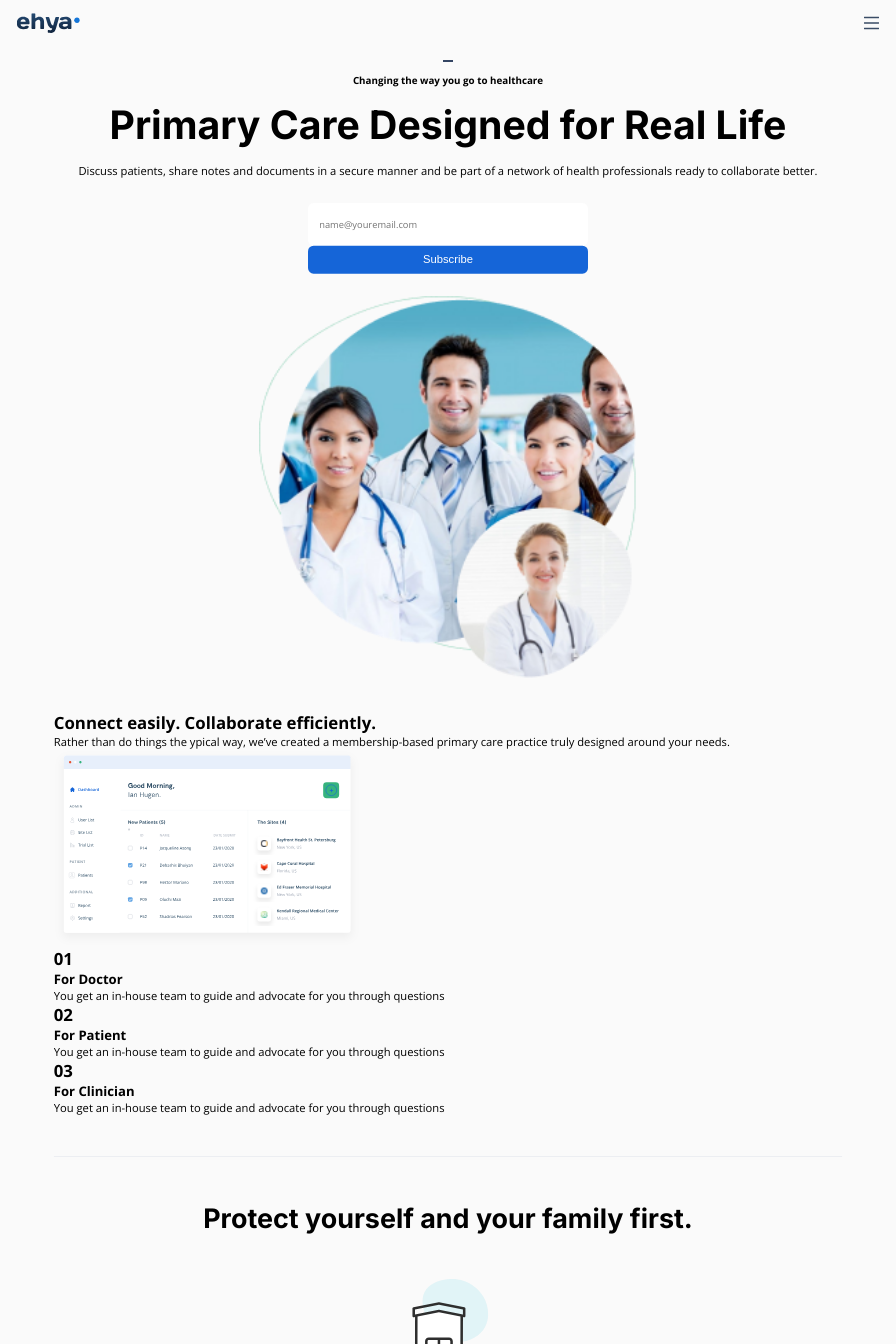
Repository: Esttevo/prova-html-css
Page: index.html
An editor plug-in stored every save of this project. The page is shown before and after the next save, followed by the edit.
The browser window is 1280 px wide. The pictures show the part of the page from y = 0 to 1920 px (the page is 6747 px tall before and 6834 px after), at 70% of full size.
A picture or video elsewhere on the page could not be fetched, so the positions and the page height are approximate.

Above is the page before, as saved 2026-09-01 14:56:20.

### index.html
<!DOCTYPE html>
<html lang="en">
<head>
    <meta charset="UTF-8">
    <meta name="viewport" content="width=device-width, initial-scale=1.0">
    <title>Document</title>
    <link rel="stylesheet" href="style.css">
</head>
<body>
    <header>
        <img id="header-logo" src="img/icons/Logo.svg" alt="Logo escrita EHYA">

        <nav id="header-nav">
            <a class="no-chevron" href="#">Home</a>
            <a class="with-chevron" href="#">
                Landings
                <img src="img/icons/icon-chevron-down.svg" alt="indica que possui uma lista ao clicar">
            </a>
            <a class="with-chevron" href="#">
                Pages
                <img src="img/icons/icon-chevron-down.svg" alt="indica que possui uma lista ao clicar">
            </a>
            <a href="#">Docs</a>
            <a href="#">Help</a>
            <button>Get it now</button>
        </nav>

        <img src="img/icons/icon-menu-hamburger.svg" alt="Menu hamburger">
    </header>

    <main>
        <section id="section-hero">
            <div id="hero-text">
                <div id="bar-text">
                    <div class="estilization-bar"> a</div>

                    <h4>
                        Changing the way you
                        go to healthcare
                    </h4>
                </div>

                <h1>
                    Primary Care
                    Designed for
                    Real Life
                </h1>

                <p>
                Discuss patients, share notes and documents in a secure manner and be part of a network of health professionals ready to
                collaborate better.
                </p>

                <form id="form-hero" action="#">
                    <input id="text-write" type="text" placeholder="name@youremail.com">
                    <input id="button" type="submit" value="Subscribe">
                </form>
            </div>
            <img src="img/image-hero.png" alt="4 medicos sorrindo e uma medica sobrepondo os 4">
        </section>

        <section id="section-connect">
            <div id="connect-title-subtitle">
                <h2>
                    Connect easily. Collaborate efficiently.
                </h2>

                 <p>
                    Rather than do things the
                    ypical way, we’ve created
                    a membership-based primary
                    care practice truly designed
                    around your needs.
                </p>
            </div>

           <img src="img/Dashboard.svg" alt="dashboard de exemplo de um sistema de agendamento">

           <div id="cards-advantages">
                <div id="card-advantages-doctor">
                     <h2>01</h2>
                     <h3>For Doctor</h3>
                     <p>
                         You get an in-house
                         team to guide and advocate
                         for you through questions
                     </p>
                </div>

                <div id="card-advantages-patient">
                     <h2>02</h2>
                     <h3>For Patient</h3>
                     <p>
                         You get an in-house
                         team to guide and advocate
                         for you through questions
                     </p>
                </div>

                <div id="card-advantages-clinician">
                     <h2>03</h2>
                     <h3>For Clinician</h3>
                     <p>
                         You get an in-house
                         team to guide and advocate
                         for you through questions
                     </p>
                </div>
            </div>
        </section>

        <section id="section-protect">
            <h2>
                Protect yourself and your family first.
            </h2>

            <div id="protect-content-tips">
                <div class="content-tips-card">
                    <img src="img/icons/icon-house.svg" alt="">

                    <h3>
                        Stay at Home first
                    </h3>

                    <p>
                        Our technology makes
                        it practically impossible
                        for any patient data breach to occur
                    </p>
                </div>

                <div class="content-tips-card">
                    <img src="img/icons/icon-hand.svg" alt="">

                    <h3>
                        Wash Your Hands Periodically
                    </h3>

                    <p>
                        You can talk freely and confidently
                        about patients with other health professionals
                         treating them
                    </p>
                </div>

                <div class="content-tips-card">
                    <img src="img/icons/icon-remedy.svg" alt="">

                    <h3>
                        Consume more Vitamin C
                    </h3>

                    <p>
                        A more fluid communication reduces
                        the risk of errors and enhances your
                        protection from a forensic point of view
                    </p>
                </div>

                <div class="content-tips-card">
                    <img src="img/icons/icon-medicament.svg" alt="">

                    <h3>
                        Always Use Hand Sanitizer
                    </h3>

                    <p>
                        Organize your communications
                        by patients, by securely sharing
                        messages, photos and documents
                        with colleagues.
                    </p>
                </div>
            </div>
        </section>

        <section id="section-modern">
            <h2>
                Modern clinics.
                Smart, hassle
                -free care.
            </h2>

            <div id="modern-cards-content">
                <div class="modern-content-img-text">
                    <img src="img/image-medic.svg" alt="equipamentos de medico">
                    <h3>
                        Consume more Vitamin C
                    </h3>

                    <p>
                        A more fluid communication reduces
                        the risk of errors and enhances your
                        protection from a forensic point of view
                    </p>
                </div>

                <div class="modern-content-img-text">
                    <img src="img/image-kid-dad.png" alt="cachorro tomando agua no colo">
                    <h3>
                        Stay at Home first
                    </h3>

                    <p>
                        Our technology makes
                        it practically impossible
                        for any patient data breach to occur
                    </p>
                </div>

                <div class="modern-content-img-text">
                    <img src="img/image-kid.png" alt="Criança caminhando de mão dada">
                    <h3>
                        Wash Your Hands Periodically
                    </h3>

                    <p>
                        You can talk freely and confidently
                        about patients with other health professionals
                         treating them
                    </p>
                </div>

                <div class="modern-content-img-text">
                    <img src="img/image-dog.png" alt="cachorro tomando agua no colo">
                    <h3>
                        Always Use Hand Sanitizer
                    </h3>

                    <p>
                        Organize your communications
                        by patients, by securely sharing
                        messages, photos and documents
                        with colleagues.
                    </p>
                </div>
            </div>
        </section>

        <section id="section-health">
            <div class="health-content-text">
                <div class="estilization-bar"></div>

                <h2>
                     Track Your Health
                     History Periodically
                </h2>

                <p>
                 A more fluid communication reduces
                 the risk of errors and enhances your
                 protection from a forensic
                 point of view
                </p>

                <div id="learn-more">
                     <p>LEARN MORE</p>
                     <img src="img/icons/icon-arrow-right.svg" alt="seta para a direita, clique para ler mais">
                </div>
            </div>

           <img id="image-mobile" src="img/image-health-mobile.svg" alt="iphone em um site de localização de hospitais com mapa e busca">
            <img id="image-desktop" src="img/image-health-desktop.svg" alt="iphone em um site de localização de hospitais com mapa e busca">
           <div id="count-pages">
                <p>1/4 screen</p>

                <div id="img-arrow">
                    <img src="img/icons/icon-button-left.svg" alt="botão para tela da esquerda">
                    <img src="img/icons/icon-button-right.svg" alt="botão para tela da direita">
                </div>
           </div>
        </section>

        <section id="section-resources">
            <article class="selected-resources-card">
                <img src="img/icons/icon-docs.png" alt="simbolo de documento">

                <h3>Stay at Home first</h3>

                <p>
                    A more fluid communication
                    reduces the risk of errors.
                </p>

                <a href="#">
                    READ ARTICLE
                </a>
            </article>

            <article class="resources-card">
                <img src="img/icons/icon-docs.png" alt="simbolo de documento">

                <h3>
                    Wash Your Hands
                </h3>

                <p>
                    A more fluid communication
                    reduces the risk of errors.
                </p>

                <a href="#">
                    READ ARTICLE
                </a>
            </article>

            <article class="resources-card">
                <img src="img/icons/icon-docs.png" alt="simbolo de documento">

                <h3>Use Hand Sanitizer</h3>

                <p>
                    A more fluid communication
                    reduces the risk of errors.
                </p>

                <a href="#">
                    READ ARTICLE
                </a>
            </article>

            <article class="resources-card">
                <img src="img/icons/icon-docs.png" alt="simbolo de documento">

                <h3>Consume Vitamin C</h3>

                <p>
                    A more fluid communication
                    reduces the risk of errors.
                </p>

                <a href="#">
                    READ ARTICLE
                </a>
            </article>
        </section>

        <section id="section-updates">
            <h2>be the first to know our updates</h2>

            <form action="#">
                <input  type="text" id="name" name="name" placeholder="&#xF007; Teste">
                <input  type="text" id="name" name="name" placeholder="&#xF007; Teste">
                <input type="submit" value="Subscribe Us">
            </form>
        </section>
    </main>

    <footer id="footer">
        <div id="footer-content-nav">
            <nav class="nav-footer">
                <a class="nav-title" href="#">Product</a>
                <a class="nav-item" href="#">Landingpage</a>
                <a class="nav-item" href="#">Features</a>
                <a class="nav-item" href="#">Documentation</a>
                <a class="nav-item" href="#">Referral Program</a>
                <a class="nav-item" href="#">Pricing</a>
            </nav>

            <nav class="nav-footer">
                <a class="nav-title" href="#">Services</a>
                <a class="nav-item" href="#">Documentation</a>
                <a class="nav-item" href="#">Design</a>
                <a class="nav-item" href="#">Themes</a>
                <a class="nav-item" href="#">Illustrations</a>
                <a class="nav-item" href="#">UI Kit</a>
            </nav>

            <nav class="nav-footer">
                <a class="nav-title" href="#">Company</a>
                <a class="nav-item" href="#">About</a>
                <a class="nav-item" href="#">Terms</a>
                <a class="nav-item" href="#">Privacy Policy</a>
                <a class="nav-item" href="#">Careers</a>
            </nav>

            <nav class="nav-footer">
                <a class="nav-title" href="#">More</a>
                <a class="nav-item" href="#">Documentation</a>
                <a class="nav-item" href="#">License</a>
                <a class="nav-item" href="#">Changelog</a>
            </nav>
        </div>

        <img src="img/icons/Logo.svg" alt="simbolo de logo">

        <p>Build a modern and creative website with crealand</p>

        <div id="icons-footer">
            <img src="img/icons/Icon-google.svg" alt="icone redirecionamento google">
            <img src="img/icons/icon-email.svg" alt="icone redirecionamento email">
            <img src="img/icons/icon-instagram.svg" alt="icone redirecionamento instagram">
            <img src="img/icons/icon-linkedin.svg" alt="icone redirecionamento linkedIn">
        </div>
    </footer>
</body>
</html>

### style.css
@import url('https://fonts.googleapis.com/css2?family=Inter:ital,opsz,wght@0,14..32,100..900;1,14..32,100..900&display=swap');
@import url('https://fonts.googleapis.com/css2?family=Inter:ital,opsz,wght@0,14..32,100..900;1,14..32,100..900&family=Open+Sans:ital,wght@0,300..800;1,300..800&display=swap');

:root {
    --primary-background-color: #FAFAFA;
    --secundary-background-color: #FFFFFF;

    --primary-color: #1565D8;

    --primary-title-font-color: #183B56;

    --primary-subtitle-font-color: #5A7184;

    --primary-font-family: "Open Sans", sans-serif;
    --secundary-font-family: "Inter", sans-serif;

    --color-spacing: #E3E7ED;
}

* {
    margin: 0;
    padding: 0;
    text-decoration: none;
    box-sizing: border-box;
    overflow-x: hidden;
}

body {
    font-family: var(--primary-font-family);
    background-color: var(--primary-background-color);
}

header {
    display: flex;
    justify-content: space-between;
    padding: 1.2rem 1.5rem;

}

#header-nav {
    display: none;
}

#bar-text {
    display: flex;
    flex-direction: column;
    align-items: center;
    gap: 1rem;
    padding: 1.2rem 3rem;
}

.estilization-bar {
    background-color: #344563;;
    width: 14px;
    height: 2px;
}

#bar-text h4 {
    font-size: clamp(14px, 1vw, 30px);
    text-align: center;
    line-height: 150%;
    color: var(--primary-tittle-font-color);
}

#section-hero {
    display: flex;
    flex-direction: column;
    padding: 0 clamp(1.25rem, 6vw, 9rem);
}

#section-hero h1 {
    color: var(--primary-tittle-font-color);
    text-align: center;
    line-height: 125%;
    font-weight: 700;
    letter-spacing: 0.2;
    font-family: var(--secundary-font-family);
    padding: 0 1rem;
    font-size: clamp(32px, 5vw, 56px);
}

#section-hero p {
    color: var(--primary-subtittle-font-color);
    text-align: center;
    font-size: 1rem;
    padding-top: 1rem;
    line-height: 175%;
}

#section-hero form {
    display: flex;
    flex-direction: column;
    width: clamp(280px, 100%, 400px);
    padding: 2rem 0;
    justify-self: center;
}

#section-hero #text-write {
    height: 3.8rem;
    border: none;
    border-radius: 0.5rem;
    padding: 1rem;
    font-family: var(--primary-font-family);
}

#section-hero #button {
    background-color: var(--primary-color);
    border: none;
    font-size: var(--primary-font-family);
    color: #FFFFFF;
    border-radius: 0.5rem;
    padding: 0.5rem 0;
    height: 2.5rem;
}

#section-hero img {
    width: clamp(280px, 100%, 540px);
    align-self: center;
    padding-bottom: 3rem;
}

#section-connect {
    display: flex;
    flex-direction: column;
    padding: 0 clamp(1.25rem, 6vw, 9rem);

}

#connect-tittle-subtittle h2{
    border-top: 1px solid var(--color-spacing);
    color: var(--primary-tittle-font-color);
    text-align: center;
    padding: 1rem;
    padding-top: 3.7rem;
    line-height: 125%;
    font-family: var(--secundary-font-family);
}

#connect-tittle-subtittle p {
    color: var(--primary-subtittle-font-color);
    text-align: center;
    line-height: 175%;
    padding-bottom: 0.5rem;
}

#section-connect img {
    width: 438px;
    /* fica certo aos 498, nsei como fazer ainda*/
}

#cards-advantages {
    display: flex;
    flex-direction: column;
    padding-bottom: 3.7rem;
    border-bottom: 1px solid var(--color-spacing);
}

#first-card-advantages {
    display: flex;
    flex-direction: column;
    background-color: var(--secundary-background-color);
    padding: 1rem 1.5rem 1rem 1.5rem;
    border: 1px solid #F8F9FA;
    border-radius: 8px;

}

#first-card-advantages h2 {
    color: var(--primary-color);
    font-size: clamp(24px, 3vw, 48px);
    padding-bottom: 0.8rem;
}

#first-card-advantages h3 {
    font-family: var(--secundary-font-family);
    color: var(--primary-tittle-font-color);
    padding-bottom: 0.5rem;
}

#first-card-advantages p {
    color: var(--primary-subtittle-font-color);
}

#second-card-advantages {
    display: none;
}

#third-card-advantages {
    display: none;
}

#section-protect {
    display: flex;
    flex-direction: column;
    align-content: center;
    padding: 0 clamp(1.25rem, 6vw, 9rem);

}

#section-protect h2  {
    font-family: var(--secundary-font-family);
    font-size: clamp(24px, 3vw, 48px);
    color: var(--primary-tittle-font-color);
    padding-bottom: 2rem;
    padding-top: 4rem;
    text-align: center;
    letter-spacing: 0.2;
    font-weight: 700;
}

#protect-content-tips {
    display: flex;
    flex-direction: column;
}

.content-tips-card {
    display: flex;
    flex-direction: column;
    align-items: center;
    padding-bottom: 5rem;
}

.content-tips-card img {
    width: clamp(82px, 9vw, 130px);
    align-self: center;
    margin: 2rem;
}

.content-tips-card h3 {
    font-family: var(--secundary-font-family);
    font-size: clamp(16px, 3vw, 20px);
}
.content-tips-card p {
    color: var(--primary-subtittle-font-color);
    text-align: center;
    padding-top: 0.6rem;
    line-height: 170%;
}

#section-modern {
    display: flex;
    flex-direction: column;
    padding: 0 clamp(1.25rem, 6vw, 9rem);
}

#section-modern h2 {
    color: var(--primary-tittle-font-color);
    padding-left: 1rem;
    padding-right: 1rem;
    padding-top: 4.5rem;
    border-top: 1px solid var(--color-spacing);
    font-size: clamp(28px, 5vw, 48px);
    text-align: center;
    line-height: 130%;
}

.modern-content-img-text {
    display: flex;
    flex-direction: column;
    justify-content: center;
    align-items: center;

    padding-top: 3.5rem;
}

.modern-content-img-text h3 {
    color: var(--primary-tittle-font-color);
    padding-top: 1.8rem;
    padding-bottom: 14px;
    font-size: clamp(22px, 2vw, 24px);
}

.modern-content-img-text p {
    color: var(--primary-tittle-font-color);
   font-size: clamp(14px, 2vw, 16px);
    line-height: 170%;
    text-align: center;
}

After the next save:
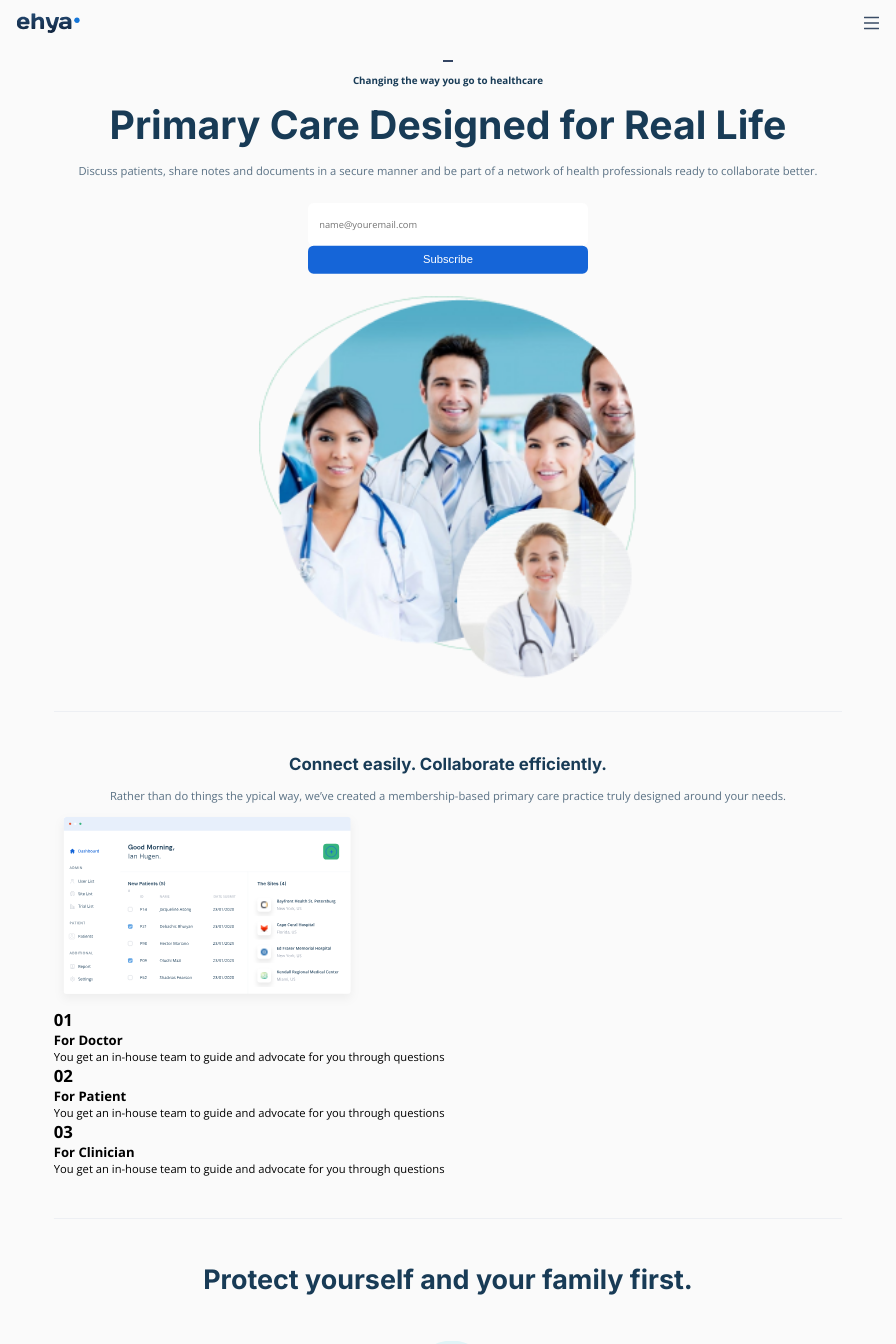
Saved 8 s later.
--- a/style.css
+++ b/style.css
@@ -59,7 +59,7 @@ header {
     font-size: clamp(14px, 1vw, 30px);
     text-align: center;
     line-height: 150%;
-    color: var(--primary-tittle-font-color);
+    color: var(--primary-title-font-color);
 }
 
 #section-hero {
@@ -69,7 +69,7 @@ header {
 }
 
 #section-hero h1 {
-    color: var(--primary-tittle-font-color);
+    color: var(--primary-title-font-color);
     text-align: center;
     line-height: 125%;
     font-weight: 700;
@@ -80,7 +80,7 @@ header {
 }
 
 #section-hero p {
-    color: var(--primary-subtittle-font-color);
+    color: var(--primary-subtitle-font-color);
     text-align: center;
     font-size: 1rem;
     padding-top: 1rem;
@@ -126,9 +126,9 @@ header {
 
 }
 
-#connect-tittle-subtittle h2{
+#connect-title-subtitle h2{
     border-top: 1px solid var(--color-spacing);
-    color: var(--primary-tittle-font-color);
+    color: var(--primary-title-font-color);
     text-align: center;
     padding: 1rem;
     padding-top: 3.7rem;
@@ -136,8 +136,8 @@ header {
     font-family: var(--secundary-font-family);
 }
 
-#connect-tittle-subtittle p {
-    color: var(--primary-subtittle-font-color);
+#connect-title-subtitle p {
+    color: var(--primary-subtitle-font-color);
     text-align: center;
     line-height: 175%;
     padding-bottom: 0.5rem;
@@ -173,12 +173,12 @@ header {
 
 #first-card-advantages h3 {
     font-family: var(--secundary-font-family);
-    color: var(--primary-tittle-font-color);
+    color: var(--primary-title-font-color);
     padding-bottom: 0.5rem;
 }
 
 #first-card-advantages p {
-    color: var(--primary-subtittle-font-color);
+    color: var(--primary-subtitle-font-color);
 }
 
 #second-card-advantages {
@@ -200,7 +200,7 @@ header {
 #section-protect h2  {
     font-family: var(--secundary-font-family);
     font-size: clamp(24px, 3vw, 48px);
-    color: var(--primary-tittle-font-color);
+    color: var(--primary-title-font-color);
     padding-bottom: 2rem;
     padding-top: 4rem;
     text-align: center;
@@ -231,7 +231,7 @@ header {
     font-size: clamp(16px, 3vw, 20px);
 }
 .content-tips-card p {
-    color: var(--primary-subtittle-font-color);
+    color: var(--primary-subtitle-font-color);
     text-align: center;
     padding-top: 0.6rem;
     line-height: 170%;
@@ -244,7 +244,7 @@ header {
 }
 
 #section-modern h2 {
-    color: var(--primary-tittle-font-color);
+    color: var(--primary-title-font-color);
     padding-left: 1rem;
     padding-right: 1rem;
     padding-top: 4.5rem;
@@ -264,14 +264,14 @@ header {
 }
 
 .modern-content-img-text h3 {
-    color: var(--primary-tittle-font-color);
+    color: var(--primary-title-font-color);
     padding-top: 1.8rem;
     padding-bottom: 14px;
     font-size: clamp(22px, 2vw, 24px);
 }
 
 .modern-content-img-text p {
-    color: var(--primary-tittle-font-color);
+    color: var(--primary-title-font-color);
    font-size: clamp(14px, 2vw, 16px);
     line-height: 170%;
     text-align: center;
